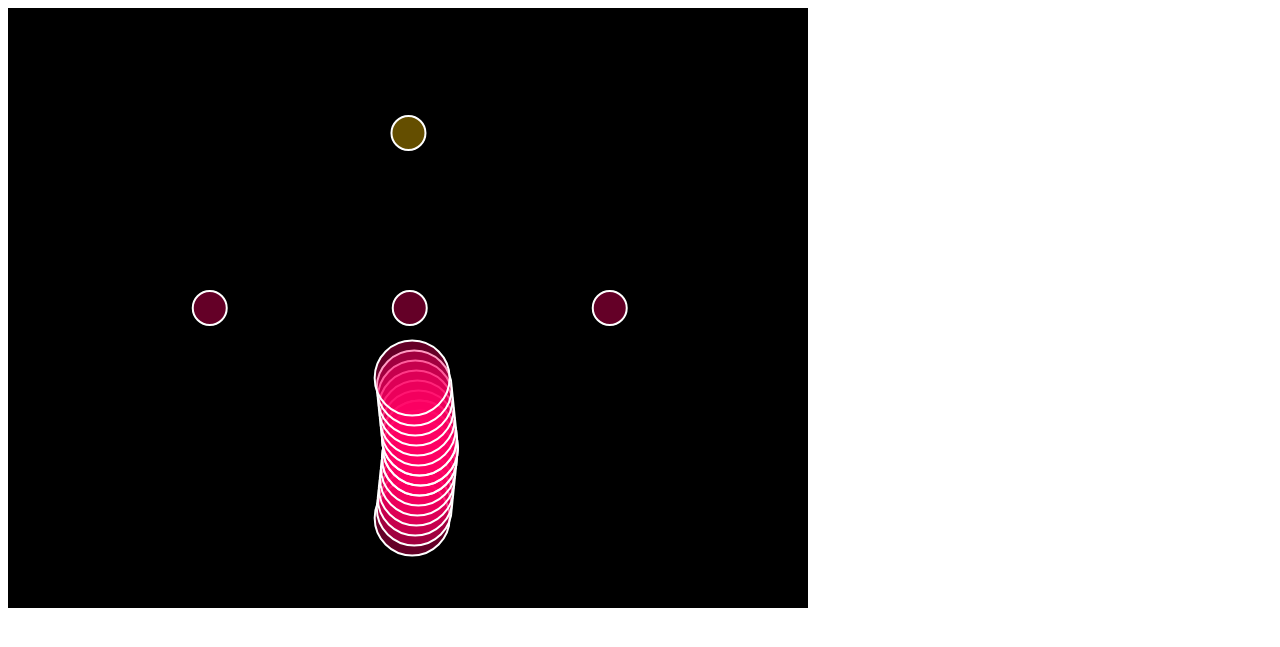
Repository: m0llyc00k/dvia
Page: 01_time/clockindex.html
The author's editor kept a record of every edit. The page is drawn from the files as they stood at one moment, then again after the next edit.
The browser window is 1280 px wide. The pictures show the whole page.

Above is the page before.

### 01_time/clockindex.html

<!DOCTYPE html>
<html lang="en">
  <head>
    <meta charset="UTF-8" />
    <meta http-equiv="X-UA-Compatible" content="IE=edge" />
    <meta name="viewport" content="width=device-width, initial-scale=1.0" />
    <title>Visualizing Time</title>
  </head>
  <body>
    <div id="app"></div>

    <script src="./js/p5.min.js"></script>
    <script src="./js/tweakpane.min.js"></script>
    <script src="./js/day.js"></script>
    <script src="./clock.js"></script>
  </body>
</html>





<!--<html>-->
<!--    <head>-->
<!--        <title>Time</title>-->
<!--    </head>-->
<!--    <body>-->

<!--        <h1 id="clock">Hello, World.</h1>-->

<!--        <script src="https://unpkg.com/dayjs@1.8.21/dayjs.min.js"></script>-->
<!--         <script src="https://unpkg.com/p5"></script>-->
<!--          <script type="text/javascript" src="./app.js"></script>-->
<!--    </body>-->
<!--</html>-->

### 01_time/js/day.js
!(function (t, n) {
  'object' == typeof exports && 'undefined' != typeof module
    ? (module.exports = n())
    : 'function' == typeof define && define.amd
    ? define(n)
    : (t.dayjs = n())
})(this, function () {
  'use strict'
  var t = 'millisecond',
    n = 'second',
    e = 'minute',
    r = 'hour',
    i = 'day',
    s = 'week',
    u = 'month',
    o = 'quarter',
    a = 'year',
    h =
      /^(\d{4})-?(\d{1,2})-?(\d{0,2})[^0-9]*(\d{1,2})?:?(\d{1,2})?:?(\d{1,2})?.?(\d{1,3})?$/,
    f =
      /\[([^\]]+)]|Y{2,4}|M{1,4}|D{1,2}|d{1,4}|H{1,2}|h{1,2}|a|A|m{1,2}|s{1,2}|Z{1,2}|SSS/g,
    c = function (t, n, e) {
      var r = String(t)
      return !r || r.length >= n ? t : '' + Array(n + 1 - r.length).join(e) + t
    },
    d = {
      s: c,
      z: function (t) {
        var n = -t.utcOffset(),
          e = Math.abs(n),
          r = Math.floor(e / 60),
          i = e % 60
        return (n <= 0 ? '+' : '-') + c(r, 2, '0') + ':' + c(i, 2, '0')
      },
      m: function (t, n) {
        var e = 12 * (n.year() - t.year()) + (n.month() - t.month()),
          r = t.clone().add(e, u),
          i = n - r < 0,
          s = t.clone().add(e + (i ? -1 : 1), u)
        return Number(-(e + (n - r) / (i ? r - s : s - r)) || 0)
      },
      a: function (t) {
        return t < 0 ? Math.ceil(t) || 0 : Math.floor(t)
      },
      p: function (h) {
        return (
          { M: u, y: a, w: s, d: i, D: 'date', h: r, m: e, s: n, ms: t, Q: o }[
            h
          ] ||
          String(h || '')
            .toLowerCase()
            .replace(/s$/, '')
        )
      },
      u: function (t) {
        return void 0 === t
      },
    },
    $ = {
      name: 'en',
      weekdays:
        'Sunday_Monday_Tuesday_Wednesday_Thursday_Friday_Saturday'.split('_'),
      months:
        'January_February_March_April_May_June_July_August_September_October_November_December'.split(
          '_'
        ),
    },
    l = 'en',
    m = {}
  m[l] = $
  var y = function (t) {
      return t instanceof v
    },
    M = function (t, n, e) {
      var r
      if (!t) return l
      if ('string' == typeof t) m[t] && (r = t), n && ((m[t] = n), (r = t))
      else {
        var i = t.name
        ;(m[i] = t), (r = i)
      }
      return e || (l = r), r
    },
    g = function (t, n, e) {
      if (y(t)) return t.clone()
      var r = n ? ('string' == typeof n ? { format: n, pl: e } : n) : {}
      return (r.date = t), new v(r)
    },
    D = d
  ;(D.l = M),
    (D.i = y),
    (D.w = function (t, n) {
      return g(t, { locale: n.$L, utc: n.$u, $offset: n.$offset })
    })
  var v = (function () {
    function c(t) {
      ;(this.$L = this.$L || M(t.locale, null, !0)), this.parse(t)
    }
    var d = c.prototype
    return (
      (d.parse = function (t) {
        ;(this.$d = (function (t) {
          var n = t.date,
            e = t.utc
          if (null === n) return new Date(NaN)
          if (D.u(n)) return new Date()
          if (n instanceof Date) return new Date(n)
          if ('string' == typeof n && !/Z$/i.test(n)) {
            var r = n.match(h)
            if (r)
              return e
                ? new Date(
                    Date.UTC(
                      r[1],
                      r[2] - 1,
                      r[3] || 1,
                      r[4] || 0,
                      r[5] || 0,
                      r[6] || 0,
                      r[7] || 0
                    )
                  )
                : new Date(
                    r[1],
                    r[2] - 1,
                    r[3] || 1,
                    r[4] || 0,
                    r[5] || 0,
                    r[6] || 0,
                    r[7] || 0
                  )
          }
          return new Date(n)
        })(t)),
          this.init()
      }),
      (d.init = function () {
        var t = this.$d
        ;(this.$y = t.getFullYear()),
          (this.$M = t.getMonth()),
          (this.$D = t.getDate()),
          (this.$W = t.getDay()),
          (this.$H = t.getHours()),
          (this.$m = t.getMinutes()),
          (this.$s = t.getSeconds()),
          (this.$ms = t.getMilliseconds())
      }),
      (d.$utils = function () {
        return D
      }),
      (d.isValid = function () {
        return !('Invalid Date' === this.$d.toString())
      }),
      (d.isSame = function (t, n) {
        var e = g(t)
        return this.startOf(n) <= e && e <= this.endOf(n)
      }),
      (d.isAfter = function (t, n) {
        return g(t) < this.startOf(n)
      }),
      (d.isBefore = function (t, n) {
        return this.endOf(n) < g(t)
      }),
      (d.$g = function (t, n, e) {
        return D.u(t) ? this[n] : this.set(e, t)
      }),
      (d.year = function (t) {
        return this.$g(t, '$y', a)
      }),
      (d.month = function (t) {
        return this.$g(t, '$M', u)
      }),
      (d.day = function (t) {
        return this.$g(t, '$W', i)
      }),
      (d.date = function (t) {
        return this.$g(t, '$D', 'date')
      }),
      (d.hour = function (t) {
        return this.$g(t, '$H', r)
      }),
      (d.minute = function (t) {
        return this.$g(t, '$m', e)
      }),
      (d.second = function (t) {
        return this.$g(t, '$s', n)
      }),
      (d.millisecond = function (n) {
        return this.$g(n, '$ms', t)
      }),
      (d.unix = function () {
        return Math.floor(this.valueOf() / 1e3)
      }),
      (d.valueOf = function () {
        return this.$d.getTime()
      }),
      (d.startOf = function (t, o) {
        var h = this,
          f = !!D.u(o) || o,
          c = D.p(t),
          d = function (t, n) {
            var e = D.w(h.$u ? Date.UTC(h.$y, n, t) : new Date(h.$y, n, t), h)
            return f ? e : e.endOf(i)
          },
          $ = function (t, n) {
            return D.w(
              h
                .toDate()
                [t].apply(
                  h.toDate(),
                  (f ? [0, 0, 0, 0] : [23, 59, 59, 999]).slice(n)
                ),
              h
            )
          },
          l = this.$W,
          m = this.$M,
          y = this.$D,
          M = 'set' + (this.$u ? 'UTC' : '')
        switch (c) {
          case a:
            return f ? d(1, 0) : d(31, 11)
          case u:
            return f ? d(1, m) : d(0, m + 1)
          case s:
            var g = this.$locale().weekStart || 0,
              v = (l < g ? l + 7 : l) - g
            return d(f ? y - v : y + (6 - v), m)
          case i:
          case 'date':
            return $(M + 'Hours', 0)
          case r:
            return $(M + 'Minutes', 1)
          case e:
            return $(M + 'Seconds', 2)
          case n:
            return $(M + 'Milliseconds', 3)
          default:
            return this.clone()
        }
      }),
      (d.endOf = function (t) {
        return this.startOf(t, !1)
      }),
      (d.$set = function (s, o) {
        var h,
          f = D.p(s),
          c = 'set' + (this.$u ? 'UTC' : ''),
          d = ((h = {}),
          (h[i] = c + 'Date'),
          (h.date = c + 'Date'),
          (h[u] = c + 'Month'),
          (h[a] = c + 'FullYear'),
          (h[r] = c + 'Hours'),
          (h[e] = c + 'Minutes'),
          (h[n] = c + 'Seconds'),
          (h[t] = c + 'Milliseconds'),
          h)[f],
          $ = f === i ? this.$D + (o - this.$W) : o
        if (f === u || f === a) {
          var l = this.clone().set('date', 1)
          l.$d[d]($),
            l.init(),
            (this.$d = l
              .set('date', Math.min(this.$D, l.daysInMonth()))
              .toDate())
        } else d && this.$d[d]($)
        return this.init(), this
      }),
      (d.set = function (t, n) {
        return this.clone().$set(t, n)
      }),
      (d.get = function (t) {
        return this[D.p(t)]()
      }),
      (d.add = function (t, o) {
        var h,
          f = this
        t = Number(t)
        var c = D.p(o),
          d = function (n) {
            var e = g(f)
            return D.w(e.date(e.date() + Math.round(n * t)), f)
          }
        if (c === u) return this.set(u, this.$M + t)
        if (c === a) return this.set(a, this.$y + t)
        if (c === i) return d(1)
        if (c === s) return d(7)
        var $ =
            ((h = {}), (h[e] = 6e4), (h[r] = 36e5), (h[n] = 1e3), h)[c] || 1,
          l = this.$d.getTime() + t * $
        return D.w(l, this)
      }),
      (d.subtract = function (t, n) {
        return this.add(-1 * t, n)
      }),
      (d.format = function (t) {
        var n = this
        if (!this.isValid()) return 'Invalid Date'
        var e = t || 'YYYY-MM-DDTHH:mm:ssZ',
          r = D.z(this),
          i = this.$locale(),
          s = this.$H,
          u = this.$m,
          o = this.$M,
          a = i.weekdays,
          h = i.months,
          c = function (t, r, i, s) {
            return (t && (t[r] || t(n, e))) || i[r].substr(0, s)
          },
          d = function (t) {
            return D.s(s % 12 || 12, t, '0')
          },
          $ =
            i.meridiem ||
            function (t, n, e) {
              var r = t < 12 ? 'AM' : 'PM'
              return e ? r.toLowerCase() : r
            },
          l = {
            YY: String(this.$y).slice(-2),
            YYYY: this.$y,
            M: o + 1,
            MM: D.s(o + 1, 2, '0'),
            MMM: c(i.monthsShort, o, h, 3),
            MMMM: h[o] || h(this, e),
            D: this.$D,
            DD: D.s(this.$D, 2, '0'),
            d: String(this.$W),
            dd: c(i.weekdaysMin, this.$W, a, 2),
            ddd: c(i.weekdaysShort, this.$W, a, 3),
            dddd: a[this.$W],
            H: String(s),
            HH: D.s(s, 2, '0'),
            h: d(1),
            hh: d(2),
            a: $(s, u, !0),
            A: $(s, u, !1),
            m: String(u),
            mm: D.s(u, 2, '0'),
            s: String(this.$s),
            ss: D.s(this.$s, 2, '0'),
            SSS: D.s(this.$ms, 3, '0'),
            Z: r,
          }
        return e.replace(f, function (t, n) {
          return n || l[t] || r.replace(':', '')
        })
      }),
      (d.utcOffset = function () {
        return 15 * -Math.round(this.$d.getTimezoneOffset() / 15)
      }),
      (d.diff = function (t, h, f) {
        var c,
          d = D.p(h),
          $ = g(t),
          l = 6e4 * ($.utcOffset() - this.utcOffset()),
          m = this - $,
          y = D.m(this, $)
        return (
          (y =
            ((c = {}),
            (c[a] = y / 12),
            (c[u] = y),
            (c[o] = y / 3),
            (c[s] = (m - l) / 6048e5),
            (c[i] = (m - l) / 864e5),
            (c[r] = m / 36e5),
            (c[e] = m / 6e4),
            (c[n] = m / 1e3),
            c)[d] || m),
          f ? y : D.a(y)
        )
      }),
      (d.daysInMonth = function () {
        return this.endOf(u).$D
      }),
      (d.$locale = function () {
        return m[this.$L]
      }),
      (d.locale = function (t, n) {
        if (!t) return this.$L
        var e = this.clone(),
          r = M(t, n, !0)
        return r && (e.$L = r), e
      }),
      (d.clone = function () {
        return D.w(this.$d, this)
      }),
      (d.toDate = function () {
        return new Date(this.valueOf())
      }),
      (d.toJSON = function () {
        return this.isValid() ? this.toISOString() : null
      }),
      (d.toISOString = function () {
        return this.$d.toISOString()
      }),
      (d.toString = function () {
        return this.$d.toUTCString()
      }),
      c
    )
  })()
  return (
    (g.prototype = v.prototype),
    (g.extend = function (t, n) {
      return t(n, v, g), g
    }),
    (g.locale = M),
    (g.isDayjs = y),
    (g.unix = function (t) {
      return g(1e3 * t)
    }),
    (g.en = m[l]),
    (g.Ls = m),
    g
  )
})

### 01_time/clock.js


let xpos = 1;
let ypos = 0;

function setup() {
  createCanvas(800, 600);
}
function draw() {
  background(0);
  stroke(255);
  strokeWeight(2);
  firstWorm();

  minuteEllipse();
  hourEllipse()

}

 function firstWorm () {
  ellipse(400 + sin(xpos) * second()*2, 510, 75, 75);
  ellipse(400 + sin(xpos) * second()*3, 500, 75, 75);
  ellipse(400 + sin(xpos) * second()*3.5, 490, 75, 75);
  ellipse(400 + sin(xpos) * second()*4, 480, 75, 75);
  ellipse(400 + sin(xpos) * second()*4.5, 470, 75, 75);
  ellipse(400 + sin(xpos) * second()*5, 460, 75, 75);
  ellipse(400 + sin(xpos) * second()*5.5, 450, 75, 75);
  ellipse(400 + sin(xpos) * second()*5.5, 450, 75, 75);
  ellipse(400 + sin(xpos) * second()*6, 440, 75, 75);
  ellipse(400 + sin(xpos) * second()*6, 440, 75, 75);
  ellipse(400 + sin(xpos) * second()*5.5, 430, 75, 75);
  ellipse(400 + sin(xpos) * second()*5.5, 430, 75, 75);
  ellipse(400 + sin(xpos) * second()*5, 420, 75, 75);
  ellipse(400 + sin(xpos) * second()*4.5, 410, 75, 75);
  ellipse(400 + sin(xpos) * second()*4, 400, 75, 75);
  ellipse(400 + sin(xpos) * second()*3.5, 390, 75, 75);
  ellipse(400 + sin(xpos) * second()*3, 380, 75, 75);
  ellipse(400 + sin(xpos) * second()*2, 370, 75, 75);
  fill(255, 0, 100,100);
  xpos += 0.01;
 }

//   function secondWorm () {
//   ellipse(200 + sin(xpos) * second()*2, 550, 75, 75);
//   ellipse(200 + sin(xpos) * second()*3, 540, 75, 75);
//   ellipse(200 + sin(xpos) * second()*3.5, 530, 75, 75);
//   ellipse(200 + sin(xpos) * second()*4, 520, 75, 75);
//   ellipse(200 + sin(xpos) * second()*4.5, 510, 75, 75);
//   ellipse(200 + sin(xpos) * second()*5, 500, 75, 75);
//   ellipse(200 + sin(xpos) * second()*5.5, 490, 75, 75);
//   ellipse(200 + sin(xpos) * second()*6, 480, 75, 75);
//   ellipse(200 + sin(xpos) * second()*5.5, 470, 75, 75);
//   ellipse(200 + sin(xpos) * second()*5, 460, 75, 75);
//   ellipse(200 + sin(xpos) * second()*4.5, 450, 75, 75);
//   ellipse(200 + sin(xpos) * second()*4, 440, 75, 75);
//   ellipse(200 + sin(xpos) * second()*3.5, 430, 75, 75);
//   ellipse(200 + sin(xpos) * second()*3, 420, 75, 75);
//   ellipse(200 + sin(xpos) * second()*2, 410, 75, 75);
//   fill(255,100,0,100);

// }

//   function thirdWorm () {
//   ellipse(600 + sin(xpos) * second()*2, 550, 60, 60);
//   ellipse(600 + sin(xpos) * second()*3, 540, 60, 60);
//   ellipse(600 + sin(xpos) * second()*3.5, 530, 60, 60);
//   ellipse(600 + sin(xpos) * second()*4, 520, 60, 60);
//   ellipse(600 + sin(xpos) * second()*4.5, 510, 60, 60);
//   ellipse(600 + sin(xpos) * second()*5, 500, 60, 60);
//   ellipse(600 + sin(xpos) * second()*5.5, 490, 60, 60);
//   ellipse(600 + sin(xpos) * second()*6, 480, 60, 60);
//   ellipse(600 + sin(xpos) * second()*5.5, 470, 60, 60);
//   ellipse(600 + sin(xpos) * second()*5, 460, 60, 60);
//   ellipse(600 + sin(xpos) * second()*4.5, 450, 60, 60);
//   ellipse(600 + sin(xpos) * second()*4, 440, 60, 60);
//   ellipse(600 + sin(xpos) * second()*3.5, 430, 60, 60);
//   ellipse(600 + sin(xpos) * second()*3, 420, 60, 60);
//   ellipse(600 + sin(xpos) * second()*2, 410, 60, 60);
//   fill(255, 0, 100, 100);
//   xpos += 0.01;
// }


  function minuteEllipse () {
  ellipse(400 + sin(xpos) * minute(), 300, second(), second());
  ellipse(200 + sin(xpos) * minute(), 300, second(), second());
  ellipse(600 + sin(xpos) * minute(), 300, second(), second());
  fill(255, 200, 0, 100);
  xpos += 0.03;
  }

  function hourEllipse () {
  ellipse(400 + sin(xpos) * hour(), 125, minute(), minute());
  fill(255, 0, 100, 100);
  xpos += 0.03;
  }

Loaded but not shown: 01_time/js/p5.min.js (library); 01_time/js/tweakpane.min.js (library)

After the next edit:
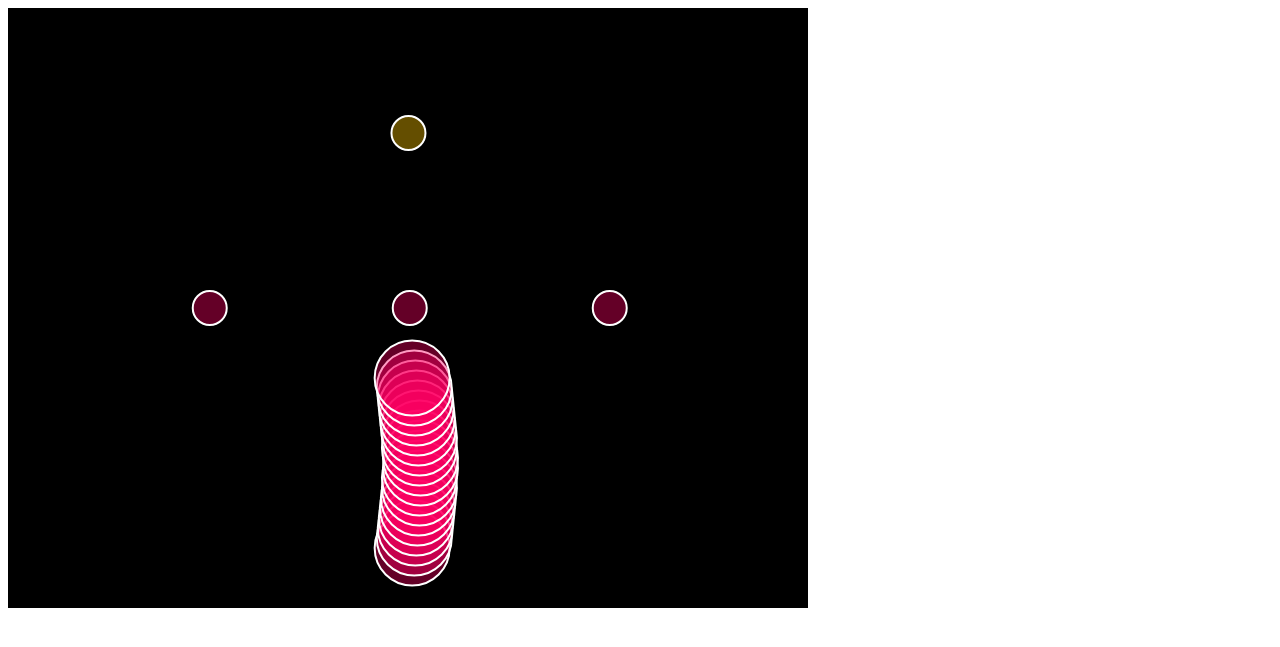
The edit:
--- a/01_time/clock.js
+++ b/01_time/clock.js
@@ -18,17 +18,17 @@
 }
 
  function firstWorm () {
-  ellipse(400 + sin(xpos) * second()*2, 510, 75, 75);
-  ellipse(400 + sin(xpos) * second()*3, 500, 75, 75);
-  ellipse(400 + sin(xpos) * second()*3.5, 490, 75, 75);
-  ellipse(400 + sin(xpos) * second()*4, 480, 75, 75);
-  ellipse(400 + sin(xpos) * second()*4.5, 470, 75, 75);
-  ellipse(400 + sin(xpos) * second()*5, 460, 75, 75);
-  ellipse(400 + sin(xpos) * second()*5.5, 450, 75, 75);
-  ellipse(400 + sin(xpos) * second()*5.5, 450, 75, 75);
-  ellipse(400 + sin(xpos) * second()*6, 440, 75, 75);
-  ellipse(400 + sin(xpos) * second()*6, 440, 75, 75);
-  ellipse(400 + sin(xpos) * second()*5.5, 430, 75, 75);
+  ellipse(400 + sin(xpos) * second()*2, 540, 75, 75);
+  ellipse(400 + sin(xpos) * second()*3, 530, 75, 75);
+  ellipse(400 + sin(xpos) * second()*3.5, 520, 75, 75);
+  ellipse(400 + sin(xpos) * second()*4, 510, 75, 75);
+  ellipse(400 + sin(xpos) * second()*4.5, 500, 75, 75);
+  ellipse(400 + sin(xpos) * second()*5, 490, 75, 75);
+  ellipse(400 + sin(xpos) * second()*5.5, 480, 75, 75);
+  ellipse(400 + sin(xpos) * second()*5.5, 470, 75, 75);
+  ellipse(400 + sin(xpos) * second()*6, 460, 75, 75);
+  ellipse(400 + sin(xpos) * second()*6, 450, 75, 75);
+  ellipse(400 + sin(xpos) * second()*5.5, 440, 75, 75);
   ellipse(400 + sin(xpos) * second()*5.5, 430, 75, 75);
   ellipse(400 + sin(xpos) * second()*5, 420, 75, 75);
   ellipse(400 + sin(xpos) * second()*4.5, 410, 75, 75);
